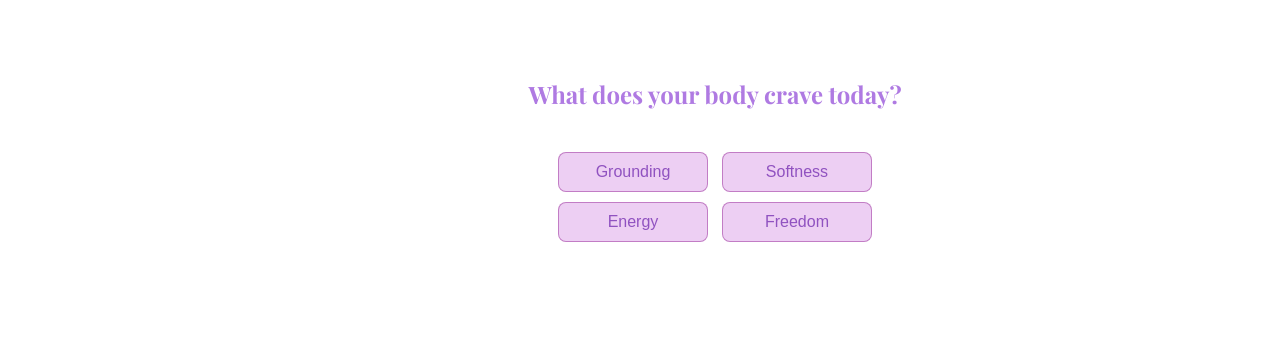
Repository: karim0829/Bella-Oter-Project
Page: index.html
The author's editor kept a copy of each file at every save. The page is drawn from the files as they stood at one save, then again after the next save.
The browser window is 1280 px wide. The pictures show the whole page.
Some web fonts or font styles are not loaded; a fallback is used.

Above is the page before, as saved 2025-06-30 20:59:01.

After the next save:
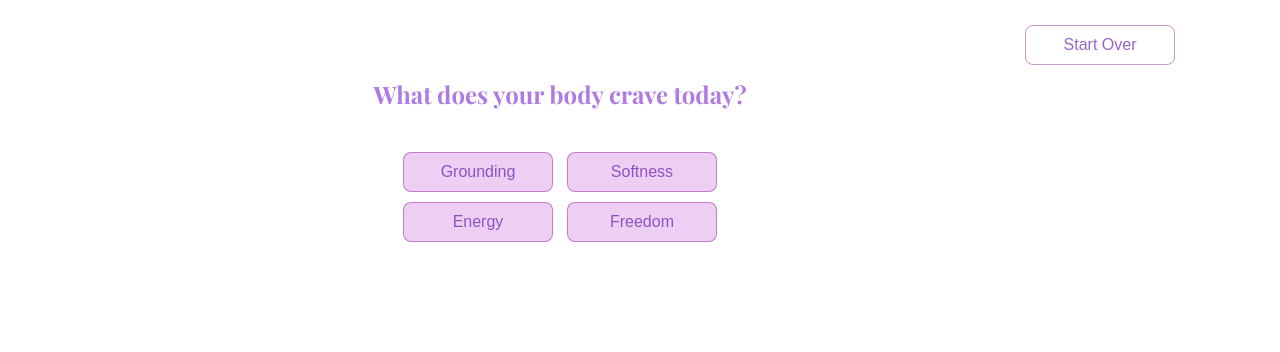
Saved 17 s later.
--- a/style.css
+++ b/style.css
@@ -89,11 +89,3 @@ form h1 {
     width:250px;
     background-color: rgb(233, 223, 243);
 }
-
-/* hide cards + Start Over until a choice is made */
-section      { display:none; text-align:center; }
-.wrap        { display:none; margin:0 auto; max-width:280px; }
-#start-over  { display:none; margin:20px auto; }
-
-/* keep images tidy */
-section img  { width:150px; border-radius:10px; }

After the save that followed:
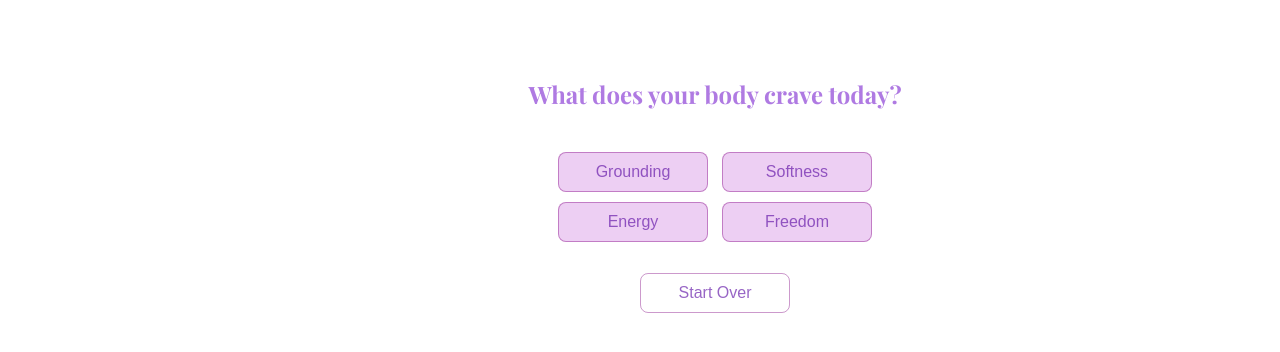
Saved 2 s later.
--- a/index.html
+++ b/index.html
@@ -37,6 +37,7 @@
         <button type = 'submit' id = 'freedom' name='freedom'>Freedom</button>
     </form>
     <br>
+     <button type = 'submit' id = 'start-over' name='start-over'>Start Over</button>
     </header>
     <!--Content-->
 <section>
@@ -79,8 +80,6 @@
 
     </div>
 </section>
-     <button type = 'submit' id = 'start-over' name='start-over'>Start Over</button>
-
 </div>
 </body>
 </html>
